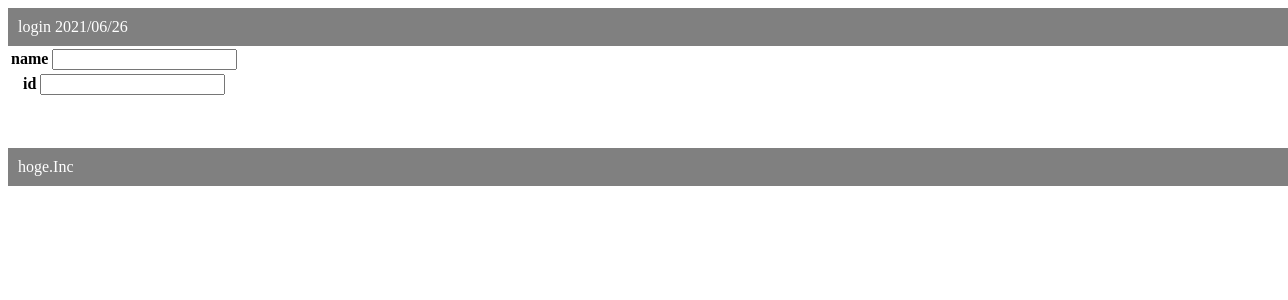
Repository: genki-iwai/curriculum
Page: http://localhost/Check3/
The author's editor kept a copy of each file at every save. The page is drawn from the files as they stood at one save, then again after the next save.
The browser window is 1280 px wide. The page is 1288 px wide, so the pictures cover 1288 px, including what lies to the right of the window. The pictures show the whole page.
The page is served by Tomcat 9.

Above is the page before, as saved 2021-07-04 01:48:08.

### JavaStudy/Check3/WebContent/jspTest.jsp
<%@ page language="java" contentType="text/html; charset=UTF-8"
    pageEncoding="UTF-8"%>
<!DOCTYPE html PUBLIC "-//W3C//DTD HTML 4.01 Transitional//EN" "http://www.w3.org/TR/html4/loose.dtd">
<html>
<head>
<meta http-equiv="Content-Type" content="text/html; charset=UTF-8">
<link rel="styleSheet" href="css/style.css">
<title>Insert title here</title>
</head>
<body>
<%@ include file="header.jsp" %>
	<div class="main">
		<table>
			<tr>
				<th>name <input type = "text"></th>
			</tr>
			<tr>
				<th>id <input type = "text"></th>
			</tr>
		</table>
	</div>
<%@ include file="footer.jsp" %>
</body>
</html>

### JavaStudy/Check3/WebContent/header.jsp
<%@ page language="java" contentType="text/html; charset=UTF-8"
    pageEncoding="UTF-8"%>
<%@ page import="java.util.*,java.text.SimpleDateFormat" %>
<!DOCTYPE html PUBLIC "-//W3C//DTD HTML 4.01 Transitional//EN" "http://www.w3.org/TR/html4/loose.dtd">
<html>
<head>
<meta http-equiv="Content-Type" content="text/html; charset=UTF-8">
<title>Insert title here</title>
</head>
<body>
	<div class="header">
		<label class="login">login</lable>
		<lable class="date">
			<% Date date = new Date();
				SimpleDateFormat sdf = new SimpleDateFormat("yyyy/MM/dd");
				String formatDate = sdf.format(date);
				out.print(formatDate);
			 %>
		</label>
	</div>
</body>
</html>

### JavaStudy/Check3/WebContent/footer.jsp
<%@ page language="java" contentType="text/html; charset=UTF-8"
    pageEncoding="UTF-8"%>
<!DOCTYPE html PUBLIC "-//W3C//DTD HTML 4.01 Transitional//EN" "http://www.w3.org/TR/html4/loose.dtd">
<html>
<head>
<meta http-equiv="Content-Type" content="text/html; charset=UTF-8">
<title>Insert title here</title>
</head>
<body>
	<div class="footer">
		<label class="footer-1">hoge.Inc</label>
	</div>

</body>
</html>

### JavaStudy/Check3/WebContent/css/style.css
@CHARSET "UTF-8";

body {
	width: 100%;
	height: 100%;
}

.header {
	background-color: gray;
}
.login {
	display: inline-block;
	padding: 10px;
	color: white;
}
.main {
	paddding-top: 50px;
	padding-bottom: 50px;
}
.footer {
	background-color: gray;
}
.footer-1 {
	display: inline-block;
	padding: 10px;
	color: white;
}

After the next save:
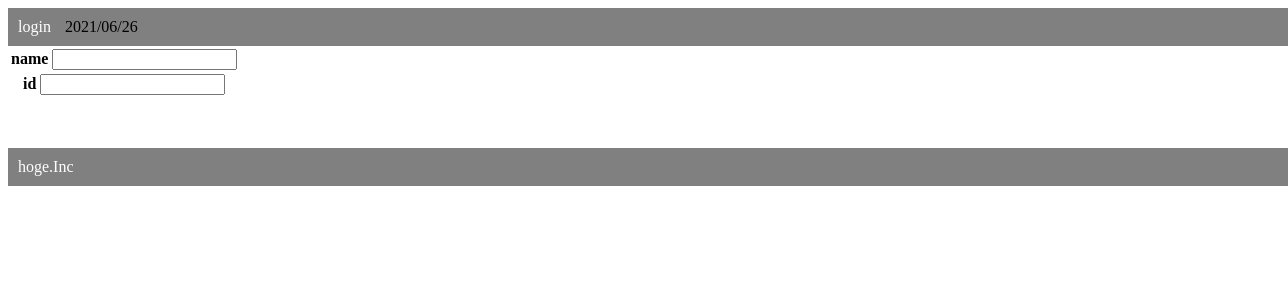
Saved 21 s later.
--- a/JavaStudy/Check3/WebContent/header.jsp
+++ b/JavaStudy/Check3/WebContent/header.jsp
@@ -9,8 +9,8 @@
 </head>
 <body>
 	<div class="header">
-		<label class="login">login</lable>
-		<lable class="date">
+		<label class="login">login</label>
+		<label class="date">
 			<% Date date = new Date();
 				SimpleDateFormat sdf = new SimpleDateFormat("yyyy/MM/dd");
 				String formatDate = sdf.format(date);
